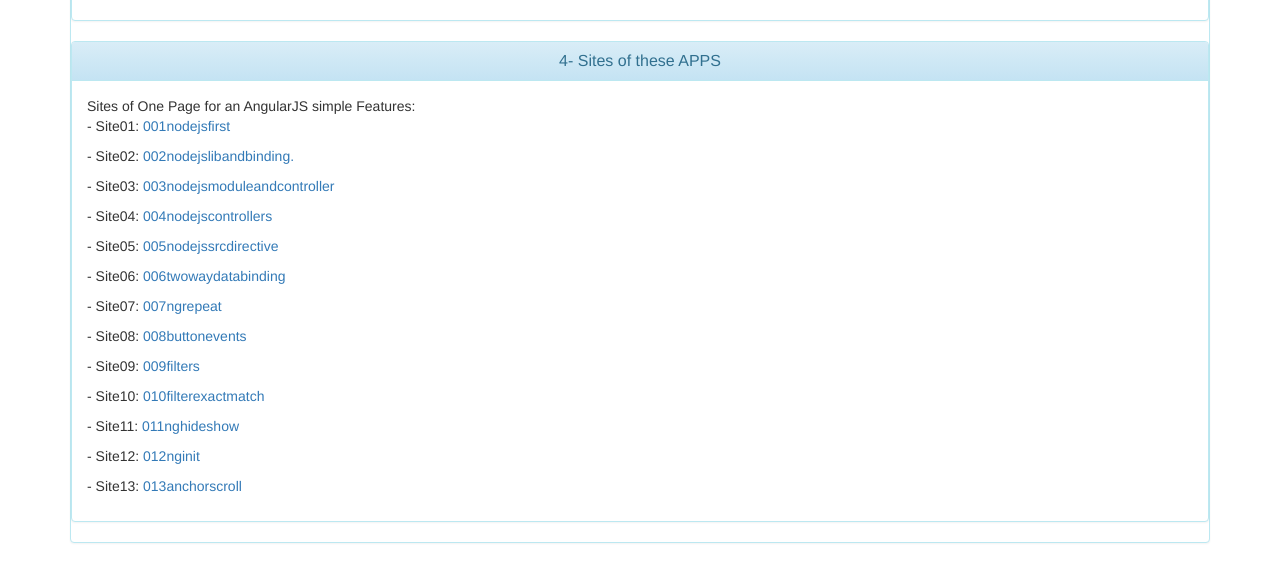
Repository: atafs/Deploy_GoogleAppEngine_webAPPS
Page: Project_002_Deploy_americotomasLIB/war/index.html
An editor plug-in stored every save of this project. The page is shown before and after the next save, followed by the edit.
The browser window is 1280 px wide. The pictures show the part of the page from y = 2322 to 2904 px (the page is 2885 px tall before and 2904 px after).

Above is the page before, as saved 2016-02-04 17:12:06.
Console error (its wording comes from the project's code and is left out).

After the next save:
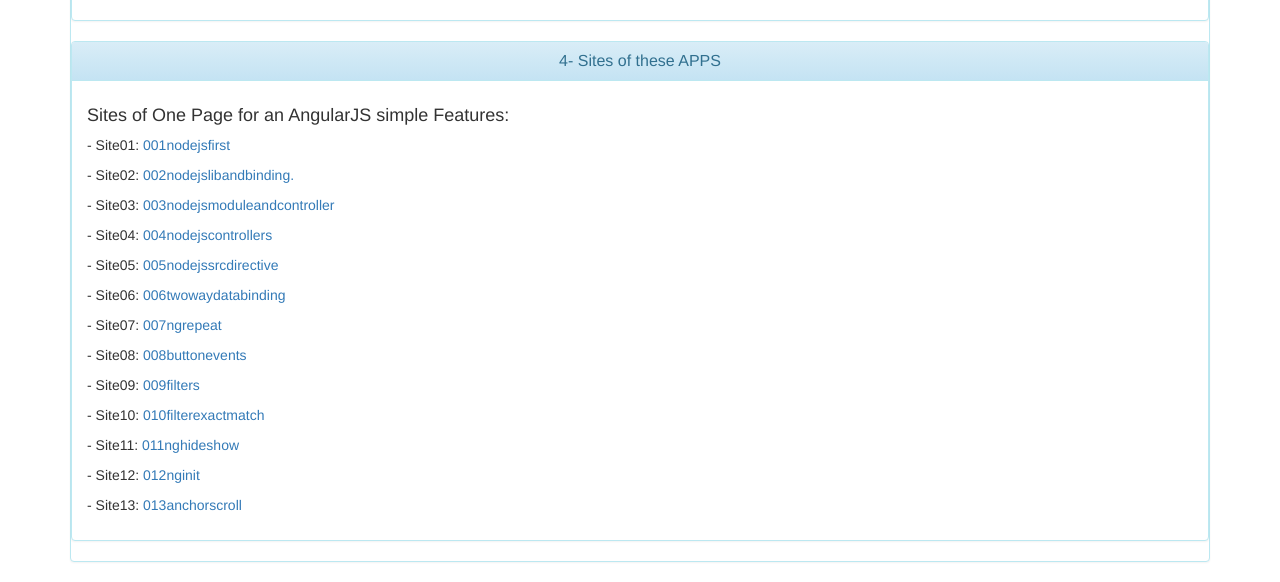
Saved 11 s later.
--- a/Project_002_Deploy_americotomasLIB/war/index.html
+++ b/Project_002_Deploy_americotomasLIB/war/index.html
@@ -107,7 +107,7 @@
 				</div>
 				<div class="panel-body">
 					 <div style="text-align: left">
-				        Sites of One Page for an AngularJS simple Features:
+				        <h4>Sites of One Page for an AngularJS simple Features:</h4>
 				        <p> - Site01: <a href="http://americotomaslib001nodejsfirst.azurewebsites.net/">001nodejsfirst</a></p>
 				        <p> - Site02: <a href="http://americotomaslib002nodejslibandbinding.azurewebsites.net/">002nodejslibandbinding.</a></p>
 				        <p> - Site03: <a href="http://americotomaslib003nodejsmoduleandcontroller.azurewebsites.net/">003nodejsmoduleandcontroller</a></p>
